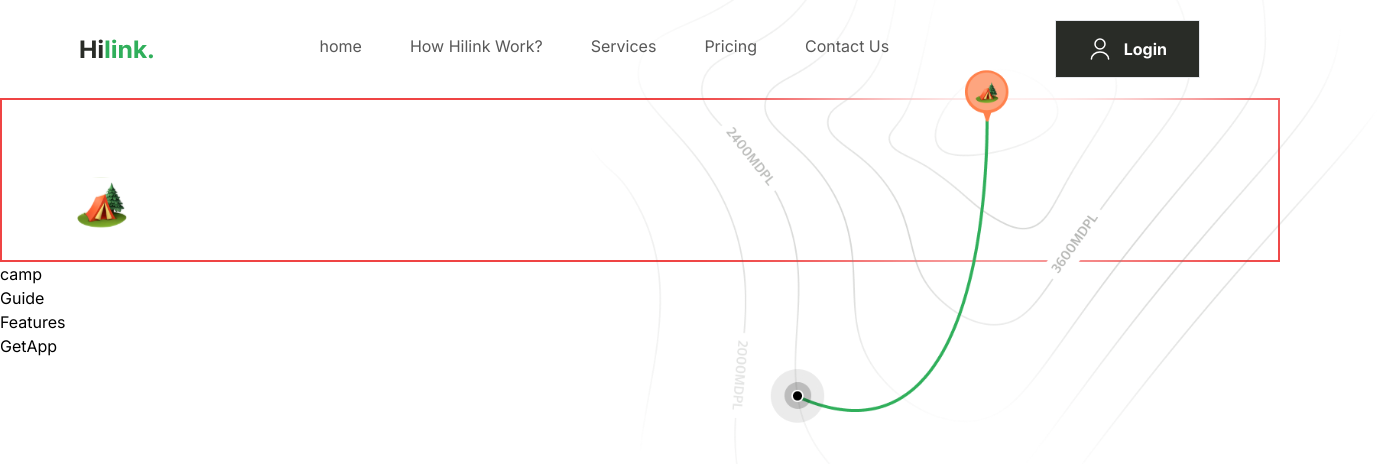
Repository: abdulrahmanmahmood/Travel-App
Page: /
The author's editor kept a copy of each file at every save. The page is drawn from the files as they stood at one save, then again after the next save.
The browser window is 1280 px wide. The page is 1392 px wide, so the pictures cover 1392 px, including what lies to the right of the window. The pictures show the whole page.
The project was rebuilt for these pictures with package versions that can differ from the ones it lists, and the page was loaded fresh each time. The framework's server and built-in components were replaced by stand-ins that run in the browser. Also part of the build but not shown: next.config.js.

Above is the page before, as saved 2023-11-01 14:13:41.

### app/layout.tsx
import './globals.css'
import type { Metadata } from 'next';
import './globals.css'
import Navbar from '@/components/Navbar';


export const metadata: Metadata = {
  title: 'Travel',
  description: 'Travel UI/UX App for camping',
}

export default function RootLayout({
  children,
}: {
  children: React.ReactNode
}) {
  return (
    <html lang="en">
      <body >
        <Navbar/>
        {children}
      </body>
    </html>
  )
}

### app/page.tsx
import Features from "@/components/Features"
import GetApp from "@/components/GetApp"
import Guide from "@/components/Guide"
import Hero from "@/components/Hero"
import Camp from "@/components/camp"

export default function Home() {
  return (
    <>
    <Hero/>
    <Camp/>
    <Guide/>
    <Features/>
    <GetApp/>
 </>
  )
}

### components/Navbar.tsx
import { NAV_LINKS } from "@/constants";
import Image from "next/image";
import Link from "next/link";
import Button from "./Button";

const Navbar = () => {
  return (
    <nav
      className=" flexBetween max-container padding-container relative z-30
    py-5"
    >
      <Link href="/">
        <Image src="/hilink-logo.svg" alt="logo" width={74} height={28} />
      </Link>
      <ul className="hidden h-full gap-12 lg:flex">
        {NAV_LINKS.map((link) => (
          <Link
            href={link.href}
            key={link.key}
            className="regular-16 text-gray-50 flexCenter cursor-pointer pb-1.5 transition-all hover:font-bold"
          >
            {link.label}
          </Link>
        ))}
      </ul>
      <div className="lg:flexCenter  hidden ">
        <Button
          type="button"
          title="Login"
          icon="/user.svg"
          variant="btn_dark_green"
        />
      </div>
      <Image
        src="/menu.svg"
        alt="menu"
        width={32}
        height={32}
        className="inline-block cursor-pointer lg:hidden"
      />
    </nav>
  );
};

export default Navbar;

### components/Features.tsx


function Features() {
  return (
    <div>Features</div>
  )
}

export default Features

### components/GetApp.tsx


function GetApp() {
  return (
    <div>GetApp</div>
  )
}

export default GetApp

### components/Guide.tsx


function Guide() {
  return (
    <div>Guide</div>
  )
}

export default Guide

### components/Hero.tsx
import Image from "next/image";

function Hero() {
  return (
    <section className="max-container padding-container flex flex-col gap-20
    py-10 pb-32 md:gap-27 lg:py-20  xl:flex-row border-2 border-red-500">
      <div className="hero-map"/>
      {/* LEFT */}
      <div className="relative z-20 flex flex-1 flex-col xl:w-1/2">
        <Image src='/camp.svg' alt="camp" width={50} height={50} className="absolute left-[-5px] top-[-3px]"/>
      </div>
    </section>
  );
}

export default Hero;

### components/camp.tsx


function camp() {
  return (
    <div>camp</div>
  )
}

export default camp

### constants/index.ts
export const NAV_LINKS = [
  {href:"/", key:"home", label:"home"},
  { href: '/', key: 'how_hilink_work', label: 'How Hilink Work?' },
  { href: '/', key: 'services', label: 'Services' },
  { href: '/', key: 'pricing ', label: 'Pricing ' },
  { href: '/', key: 'contact_us', label: 'Contact Us' },
]

### components/Button.tsx
import Image from "next/image";

type ButtonProps ={
  type:'button'| 'submit';
  title:string;
  icon?:string;
  variant:'btn_dark_green'

}


function Button({type, title, icon, variant}: ButtonProps) {
  return (
    <button type={type} className={`flexCenter gap-3 roudned-full border ${variant}`}>

      {icon && <Image src={icon} alt={title} width={24} height={24}/>}
      <label className="bold-16 whitespace-nowrap">{title}</label>
    </button>
  )
}

export default Button

Loaded but not shown: app/globals.css (common file); tailwind.config.ts (common file)

After the next save:
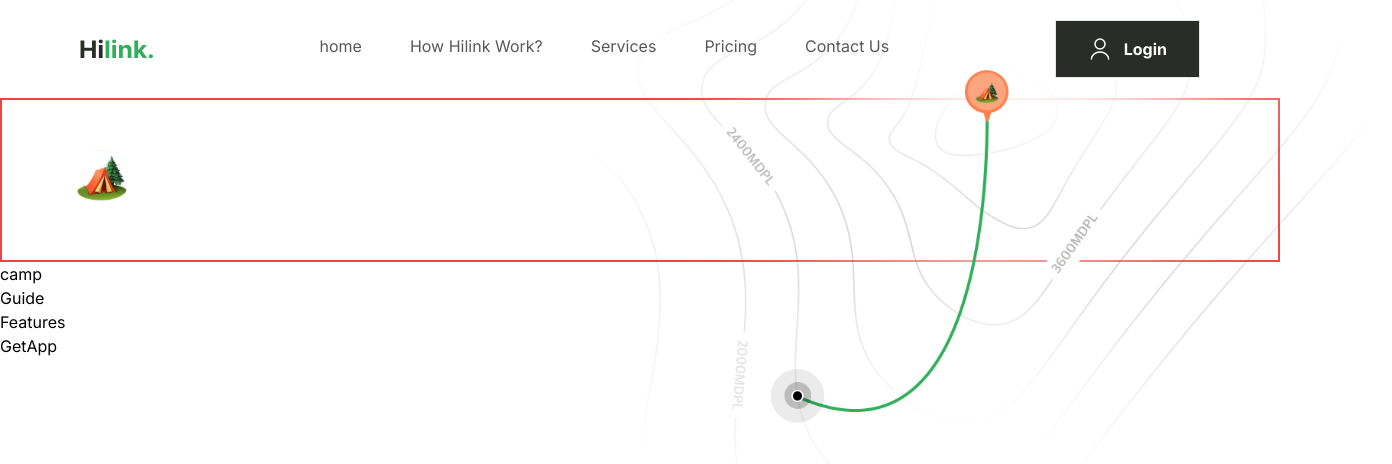
Saved 7 s later.
--- a/components/Hero.tsx
+++ b/components/Hero.tsx
@@ -7,7 +7,7 @@ function Hero() {
       <div className="hero-map"/>
       {/* LEFT */}
       <div className="relative z-20 flex flex-1 flex-col xl:w-1/2">
-        <Image src='/camp.svg' alt="camp" width={50} height={50} className="absolute left-[-5px] top-[-3px]"/>
+        <Image src='/camp.svg' alt="camp" width={50} height={50} className="absolute left-[-5px] top-[-30px]"/>
       </div>
     </section>
   );
